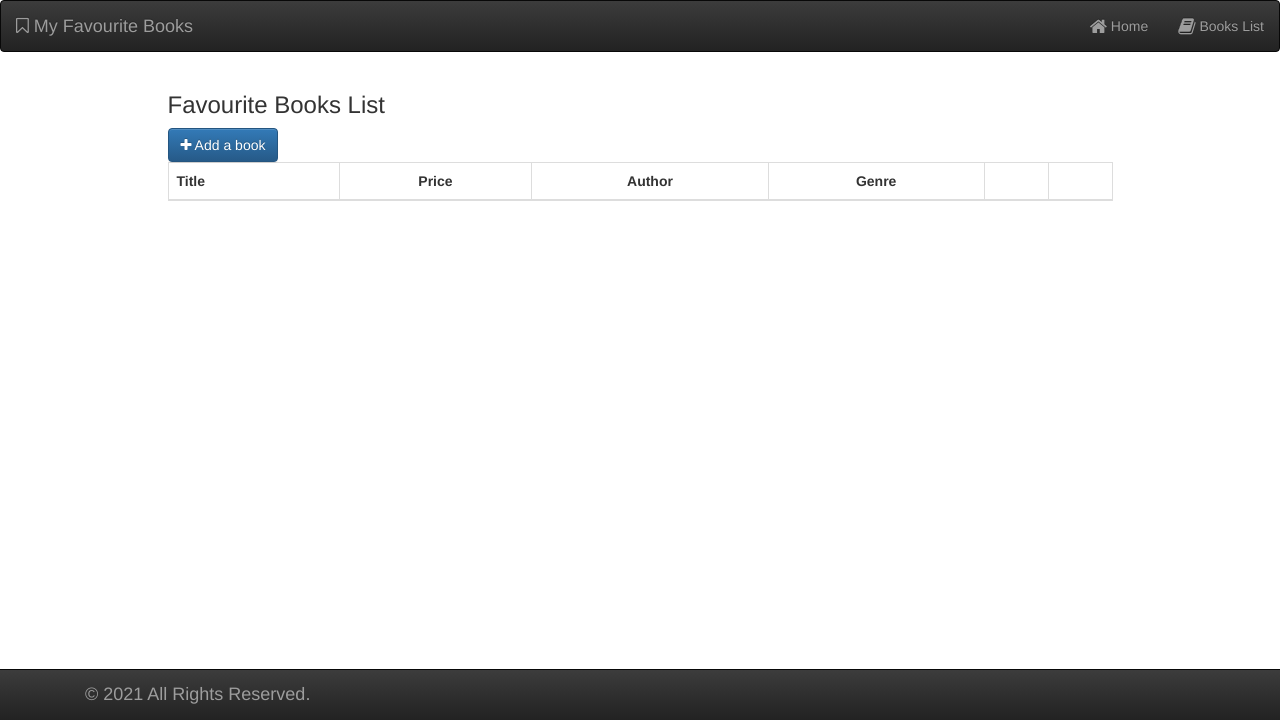
Repository: MateoD-0700/MyFirstRepo
Page: http://localhost/books
These files come from the project's save history. The page is drawn as it stood at one moment and after the next save; the edit follows.
The browser window is 1280 px wide. The pictures show the whole page.
The page is served by the project's Node server (server.js). Queries for data that is not in the repository find no rows.

Above is the page before, as saved 2021-06-22 16:11:01.

After the next save:
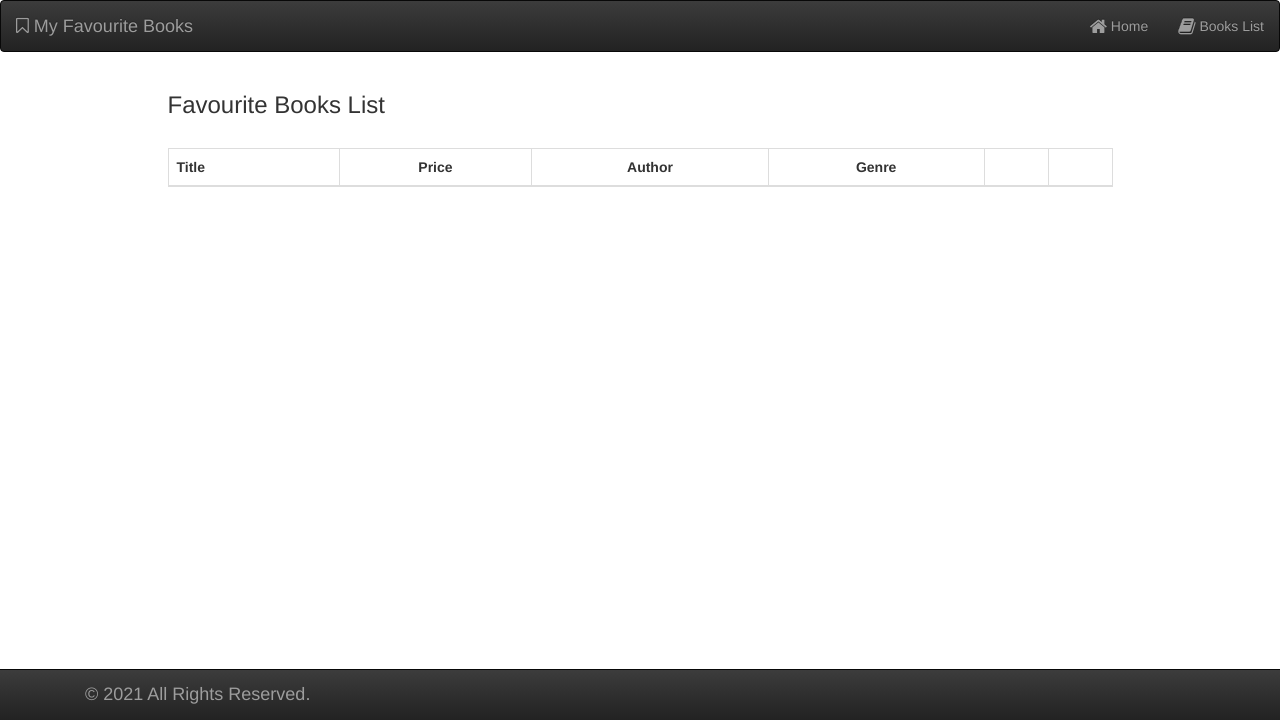
Saved 54 s later.
--- a/Desktop/Semester 3/Web Application Development/COMP229-F2020-Midterm--301156025--main/server/views/books/index.ejs
+++ b/Desktop/Semester 3/Web Application Development/COMP229-F2020-Midterm--301156025--main/server/views/books/index.ejs
@@ -8,7 +8,7 @@
           <!-- ------------------------ -->
           <!-- FIX THE ADD BUTTON BELOW -->
           <!-- ------------------------ -->
-          <a href="" class="btn btn-primary"><i class="fa fa-plus"></i> Add a book</a>
+
           <br>
           <div class="table-responsive">
             <table class="table table-bordered table-striped table-hover">

After the save that followed:
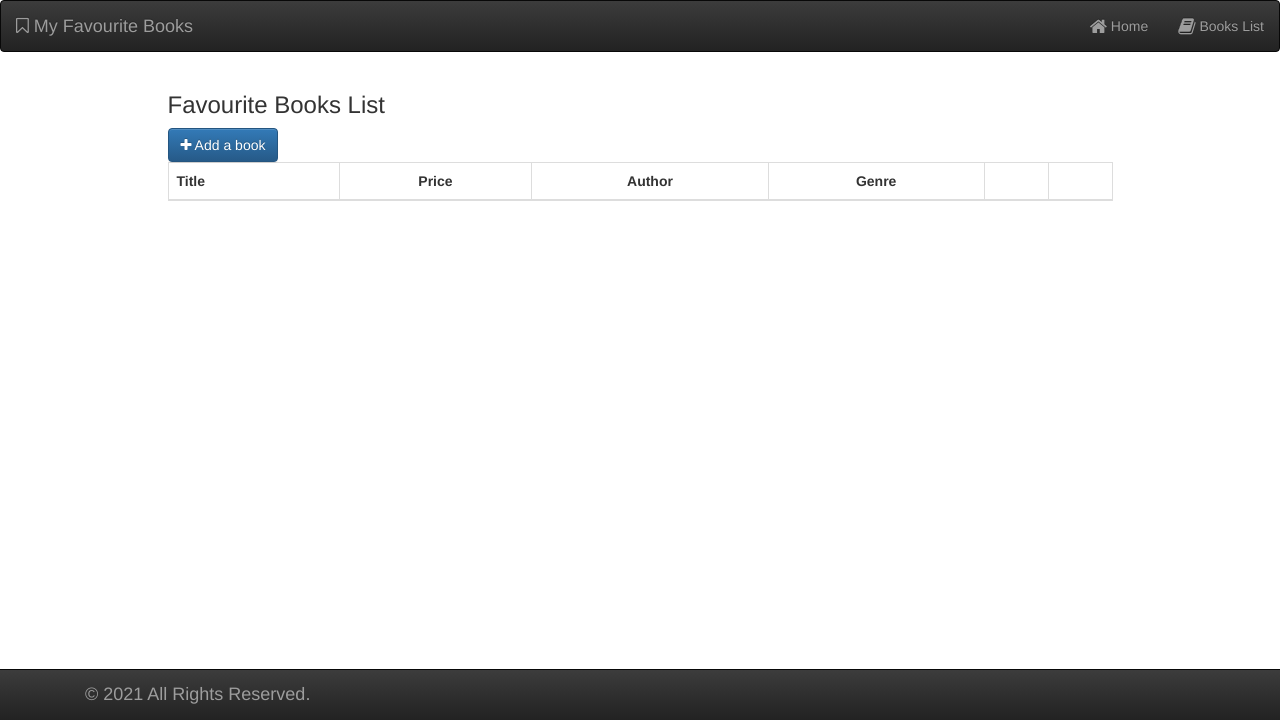
Saved 4 s later.
--- a/Desktop/Semester 3/Web Application Development/COMP229-F2020-Midterm--301156025--main/server/views/books/index.ejs
+++ b/Desktop/Semester 3/Web Application Development/COMP229-F2020-Midterm--301156025--main/server/views/books/index.ejs
@@ -8,7 +8,7 @@
           <!-- ------------------------ -->
           <!-- FIX THE ADD BUTTON BELOW -->
           <!-- ------------------------ -->
-
+          <a href="" class="btn btn-primary"><i class="fa fa-plus"></i> Add a book</a>
           <br>
           <div class="table-responsive">
             <table class="table table-bordered table-striped table-hover">
